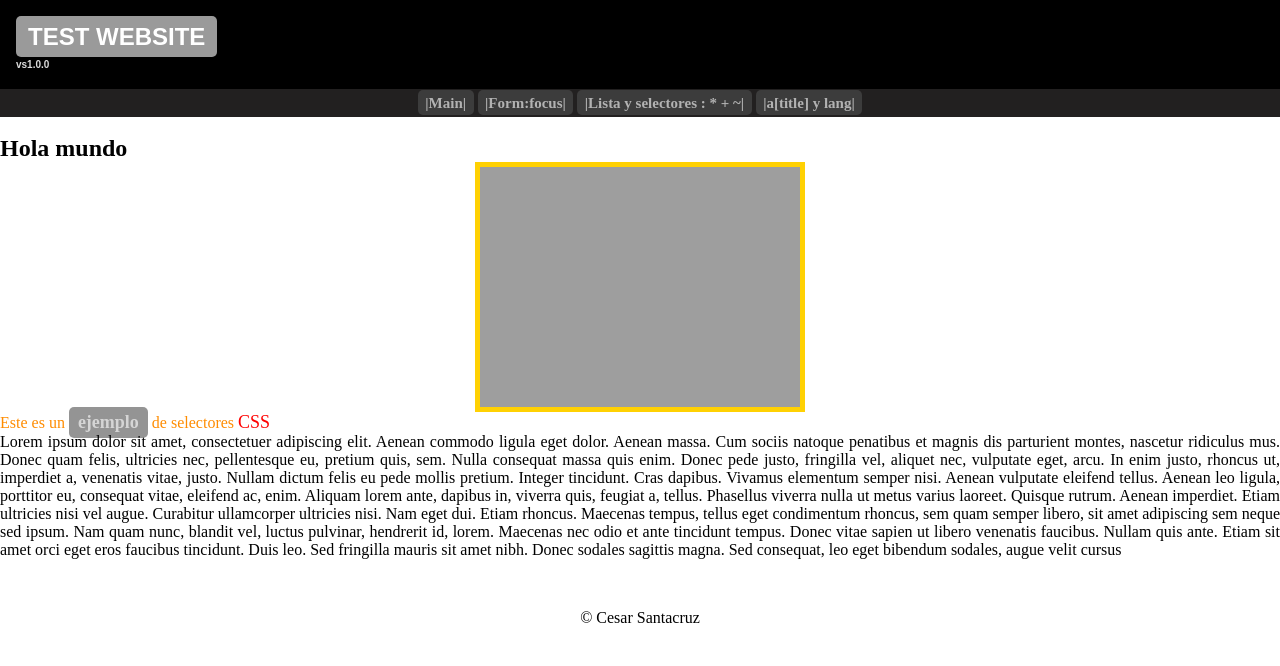
Repository: cesarsant0203/My_Study
Page: Introducción al desarrollo web/My Page 1/1.index.html
These files come from the project's save history. The page is drawn as it stood at one moment and after a run of saves; the edit follows.
The browser window is 1280 px wide. The pictures show the whole page.
Pictures or frames that could not be fetched are drawn as grey boxes.

Above is the page before, as saved 2020-04-29 18:32:40.

After the next 3 saves:
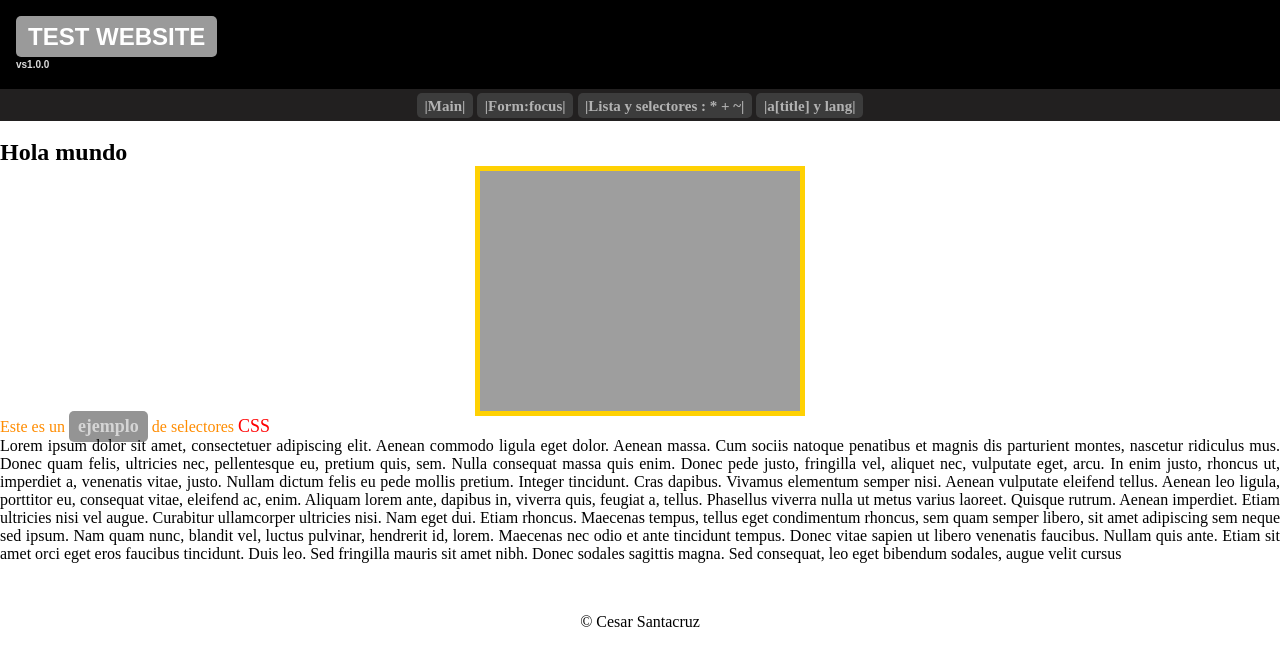
The 3 saves are shown as one change because they came seconds apart.
The last was saved 21 s later.
--- a/Introducción al desarrollo web/My Page 1/1.index.css
+++ b/Introducción al desarrollo web/My Page 1/1.index.css
@@ -73,7 +73,7 @@ a:visited {
     background-color: rgb(34, 32, 32);
     padding: 0.33em;
 }
-section#mySection{
+section#navBar{
     font-size: large;
 }
 
